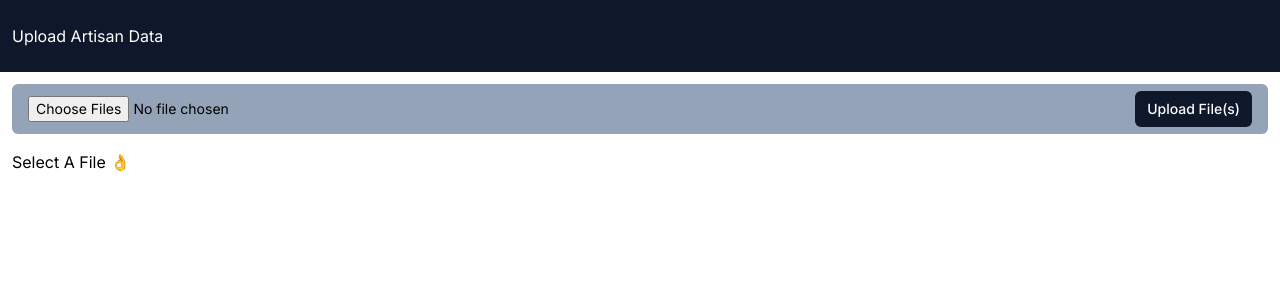
Repository: marcusdashe/artisanindex_frontend
Page: /components/UploadFileScreen
These files come from the project's save history. The page is drawn as it stood at one moment and after the next save; the edit follows.
The browser window is 1280 px wide. The pictures show the whole page.
The project was rebuilt for these pictures with package versions that can differ from the ones it lists, and the page was loaded fresh each time. The framework's server and built-in components were replaced by stand-ins that run in the browser. Also part of the build but not shown: next.config.js.

Above is the page before, as saved 2023-03-07 13:08:25.

After the next save:
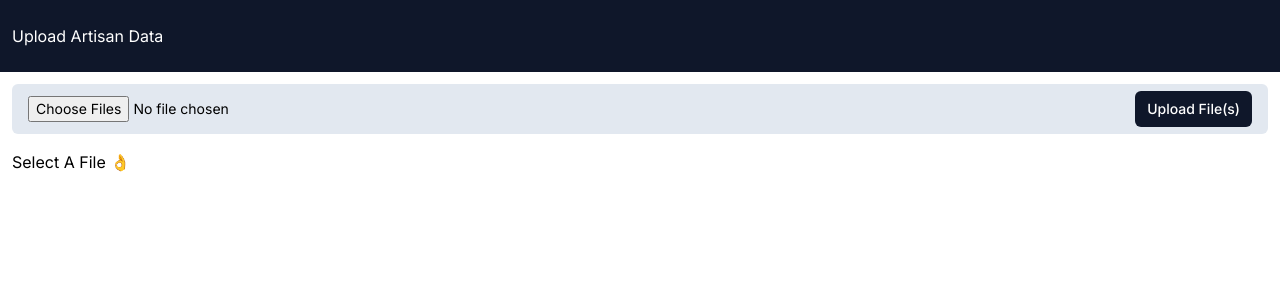
Saved 11 s later.
--- a/pages/components/UploadFileScreen.js
+++ b/pages/components/UploadFileScreen.js
@@ -14,7 +14,7 @@ function UploadFileScreen() {
         <h1 className="text-white">Upload Artisan Data</h1>
       </div>
       <div className="h-[90vh] w-full p-3 flex flex-col">
-        <form className="w-full h-[7vh] bg-slate-400 rounded-md p-4 flex items-center content-center justify-between">
+        <form className="w-full h-[7vh] bg-slate-200 rounded-md p-4 flex items-center content-center justify-between">
           <input
             type="file"
             placeholder=""
